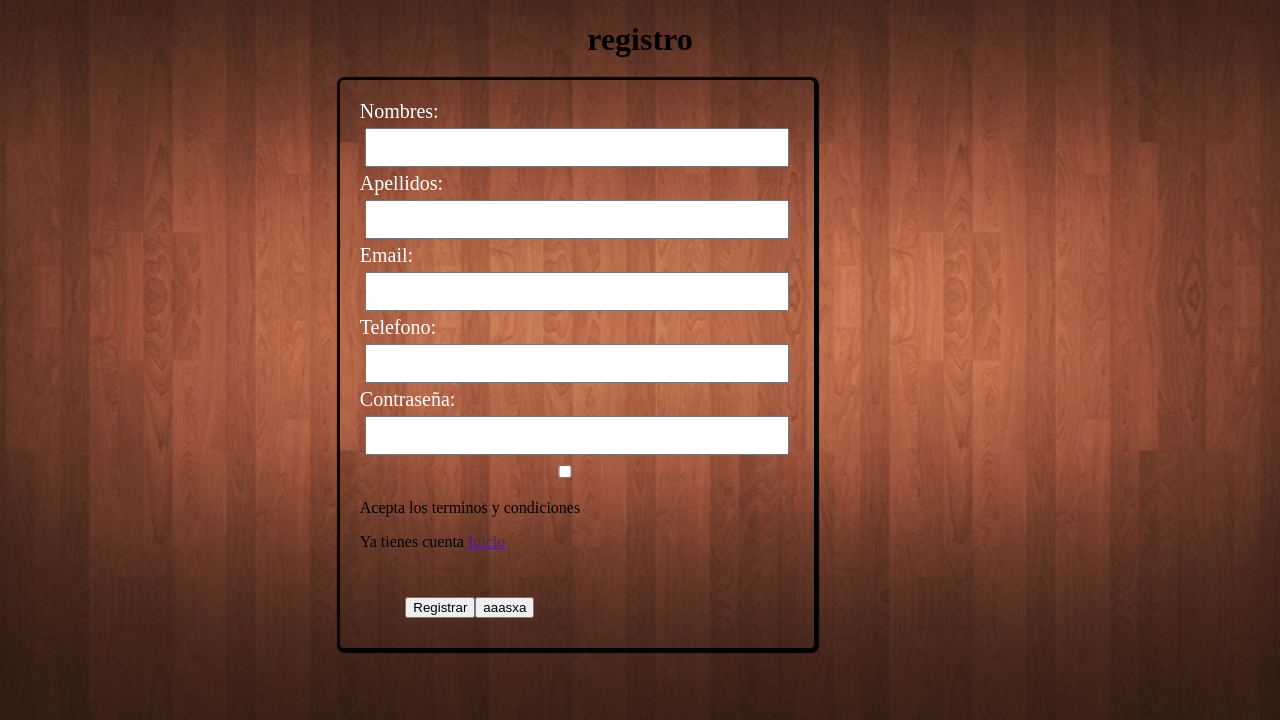
Repository: ye909/aplicacion_restaurante
Page: public/templeis/registro.html
These files come from the project's save history. The page is drawn as it stood at one moment and after the next save; the edit follows.
The browser window is 1280 px wide. The pictures show the whole page.

Above is the page before, as saved 2024-11-12 21:50:51.

### public/templeis/registro.html
<!DOCTYPE html>
<html lang="en">
<head>
    <meta charset="UTF-8">
    <meta name="viewport" content="width=device-width, initial-scale=1.0">
    <link rel="stylesheet" href="../css/registro.css">
    <title>Document</title>
</head>
<body>
    <h1>registro</h1>
    <div class="container_registro">
        <form action="" method="post">
            <label for="nombres">Nombres:</label><br>
            <input type="text" id="nombres" name="nombres" required>
            <br>
            <label for="apellidos">Apellidos:</label><br>
            <input type="text" id="apellidos" name="apellidos" required>
            <br>
            <label for="email">Email:</label><br>
            <input type="email" id="email" name="email" >
            <br>
            <label for="number">Telefono:</label><br>
            <input type="number" id="telefono" name="telefono" >
            <br>
            <label for="password">Contraseña:</label><br>
            <input type="password" id="password" name="password">
            <div class="container_terminos">
                <div><input type="checkbox"></div>
                <div><p>Acepta los terminos y condiciones</p></div>
             </div>
           <div> Ya tienes cuenta <a href="">Inicio</a></div>
            <br><br>
            <div class="container_btn">
                <button>Registrar</button>
                <button>aaasxa</button>
            </div>
        </form>
    </div>
</body>
</html>

### public/css/registro.css

body{

    background-image: url(../imagen/fondo_card.jpg);
    background-attachment: fixed;
    background-size:cover;
    background-repeat:no-repeat;
    background-size: 100% 100%;
}
h1{
    text-align: center;
}
.container_registro{
    width: 90%;
    display: flex;
    justify-content: center;
    align-items:center;
}
form{

    padding: 20px;

  box-shadow: rgb(3, 3, 4) 1px 1px 1px 4px   ;
 border-radius: 4px;
}
label{
    color:white;
    font-size: 20px;
}
.container_btn{
    display: flex;
    justify-content: center;
    align-items: center;
    padding: 10px;
    width: 200px;
}
input{
    padding: 10px;
    width: 400px;
    margin: 5px;
}
/*
label{
    font-size: 20px;

}

:is(button){
    padding: 6px;
    width: 160px;
    margin: 10px;
}
.checkbox{
    display: flex;
} */

After the next save:
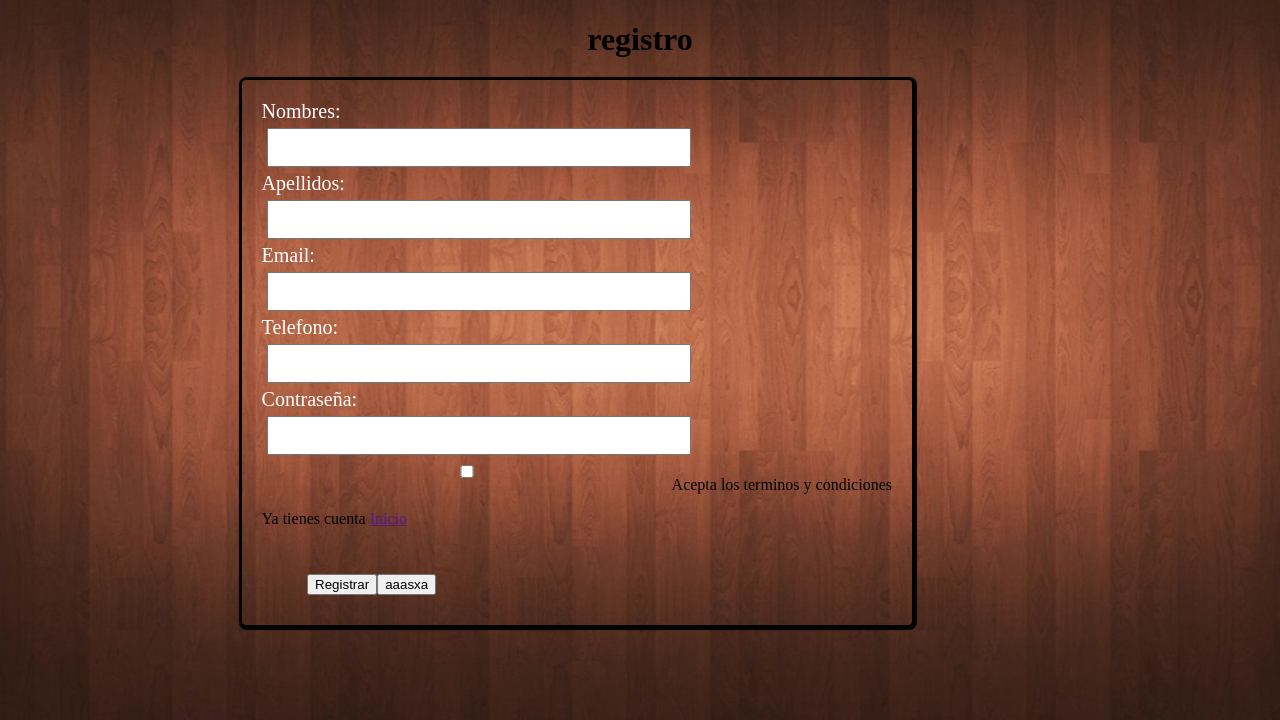
Saved 32 s later.
--- a/public/css/registro.css
+++ b/public/css/registro.css
@@ -39,6 +39,10 @@
     width: 400px;
     margin: 5px;
 }
+.container_terminos{
+    display: flex;
+    justify-content: space-around;
+}
 /*
 label{
     font-size: 20px;

After the save that followed:
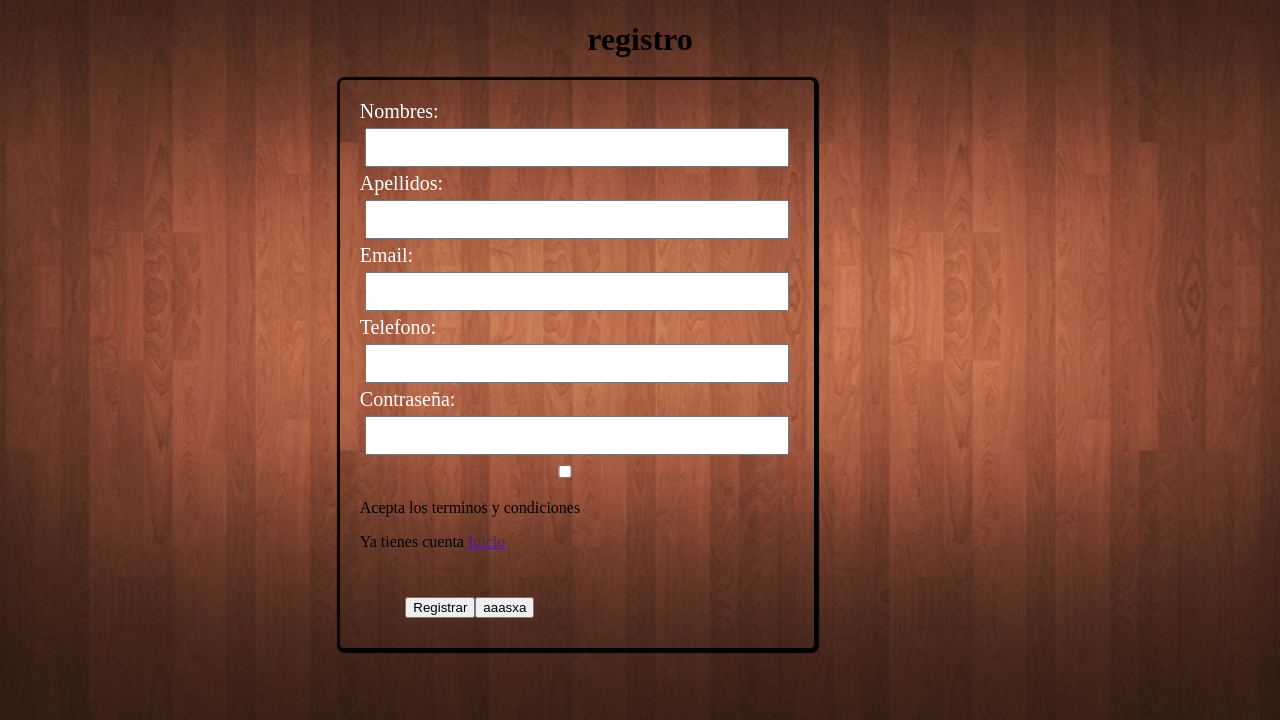
Saved 10 s later.
--- a/public/css/registro.css
+++ b/public/css/registro.css
@@ -39,10 +39,7 @@
     width: 400px;
     margin: 5px;
 }
-.container_terminos{
-    display: flex;
-    justify-content: space-around;
-}
+
 /*
 label{
     font-size: 20px;
